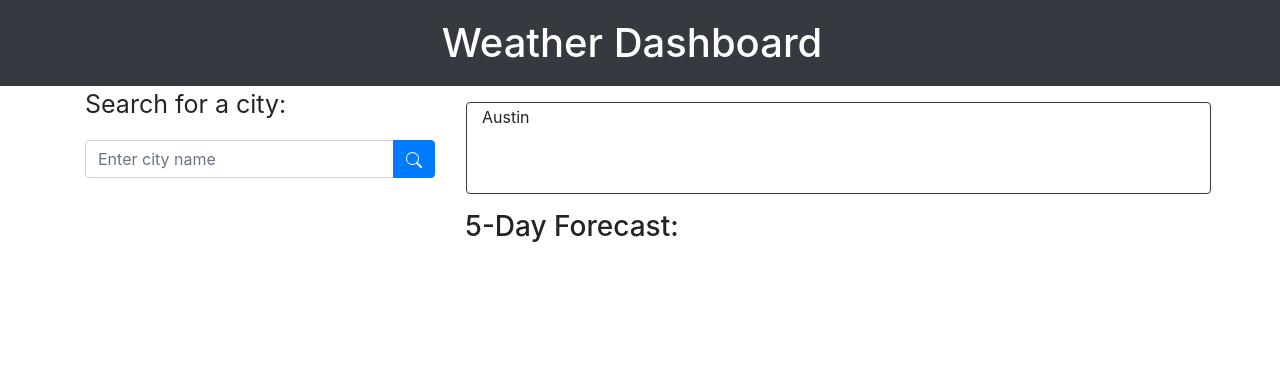
Repository: himaja830/Weather-Dashboard
Page: index.html
An editor plug-in stored every save of this project. The page is shown before and after the next save, followed by the edit.
The browser window is 1280 px wide. The pictures show the whole page.
Some web libraries are served in a nearby version.

Above is the page before, as saved 2020-06-27 15:03:04.

After the next save:
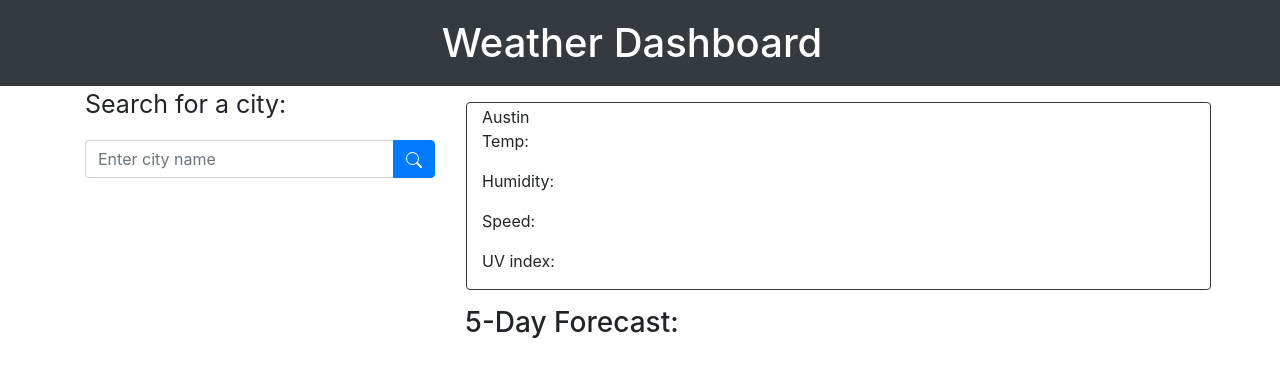
Saved 62 s later.
--- a/index.html
+++ b/index.html
@@ -1,12 +1,15 @@
 <!DOCTYPE html>
 <html lang="en">
+
 <head>
     <meta charset="UTF-8">
     <meta name="viewport" content="width=device-width, initial-scale=1.0">
     <title>Weather Dashboard</title>
-    <link rel="stylesheet" href="https://stackpath.bootstrapcdn.com/bootstrap/4.5.0/css/bootstrap.min.css" integrity="sha384-9aIt2nRpC12Uk9gS9baDl411NQApFmC26EwAOH8WgZl5MYYxFfc+NcPb1dKGj7Sk" crossorigin="anonymous">
+    <link rel="stylesheet" href="https://stackpath.bootstrapcdn.com/bootstrap/4.5.0/css/bootstrap.min.css"
+        integrity="sha384-9aIt2nRpC12Uk9gS9baDl411NQApFmC26EwAOH8WgZl5MYYxFfc+NcPb1dKGj7Sk" crossorigin="anonymous">
     <link rel="stylesheet" href="assets/style.css">
 </head>
+
 <body>
     <nav class="navbar navbar-dark bg-dark">
         <span class="navbar-brand mb-0 h1 w-100 text-center">Weather Dashboard</span>
@@ -16,16 +19,20 @@
             <div class="col-4">
                 <p class="searchHeader">Search for a city:</p>
                 <div class="input-group mb-3">
-                    <input  id= "city-input" type="text" class="form-control" placeholder="Enter city name" aria-label="Enter city name" >
+                    <input id="city-input" type="text" class="form-control" placeholder="Enter city name"
+                        aria-label="Enter city name">
                     <div class="input-group-append">
-                      <button class="btn btn-primary" type="button" id="button-addon2">
-                          <svg width="1em" height="1em" viewBox="0 0 16 16" class="bi bi-search" fill="currentColor" xmlns="http://www.w3.org/2000/svg">
-                        <path fill-rule="evenodd" d="M10.442 10.442a1 1 0 0 1 1.415 0l3.85 3.85a1 1 0 0 1-1.414 1.415l-3.85-3.85a1 1 0 0 1 0-1.415z"/>
-                        <path fill-rule="evenodd" d="M6.5 12a5.5 5.5 0 1 0 0-11 5.5 5.5 0 0 0 0 11zM13 6.5a6.5 6.5 0 1 1-13 0 6.5 6.5 0 0 1 13 0z"/>
-                      </svg>
-                    </button>
+                        <button class="btn btn-primary" type="button" id="button-addon2">
+                            <svg width="1em" height="1em" viewBox="0 0 16 16" class="bi bi-search" fill="currentColor"
+                                xmlns="http://www.w3.org/2000/svg">
+                                <path fill-rule="evenodd"
+                                    d="M10.442 10.442a1 1 0 0 1 1.415 0l3.85 3.85a1 1 0 0 1-1.414 1.415l-3.85-3.85a1 1 0 0 1 0-1.415z" />
+                                <path fill-rule="evenodd"
+                                    d="M6.5 12a5.5 5.5 0 1 0 0-11 5.5 5.5 0 0 0 0 11zM13 6.5a6.5 6.5 0 1 1-13 0 6.5 6.5 0 0 1 13 0z" />
+                            </svg>
+                        </button>
                     </div>
-                  </div>
+                </div>
                 <form id="searchHistory"></form>
             </div>
             <div class="col-8">
@@ -34,27 +41,26 @@
                         <div class="row">
                             <div class="col-12">
                                 <span id="city-name" class="city-name align-middle">Austin</span>
-
+                             </div>
+                        </div>
+                        <div class="row">
+                            <div class="col-12">
+                                <p id="temperature">Temp:</p>
                             </div>
                         </div>
                         <div class="row">
                             <div class="col-12">
-                                <p id="temperature"></p>
+                                <p id="humidity">Humidity:</p>
                             </div>
                         </div>
                         <div class="row">
                             <div class="col-12">
-                                <p id="humidity"></p>
-                            </div>
-                        </div>
-                        <div class="row">
-                            <div class="col-12">
-                                <p id="wind-speed"></p>
+                                <p id="wind-speed">Speed:</p>
                             </div>
                         </div>
                         <div class="row">
                             <div class="col-12 d-flex">
-                                <p id="UV-index"></p>
+                                <p id="UV-index">UV index:</p>
                             </div>
                         </div>
                     </div>
@@ -77,4 +83,5 @@
     <script src="https://cdnjs.cloudflare.com/ajax/libs/jquery/3.2.1/jquery.min.js"></script>
     <script src="assets/script.js"></script>
 </body>
+
 </html>
